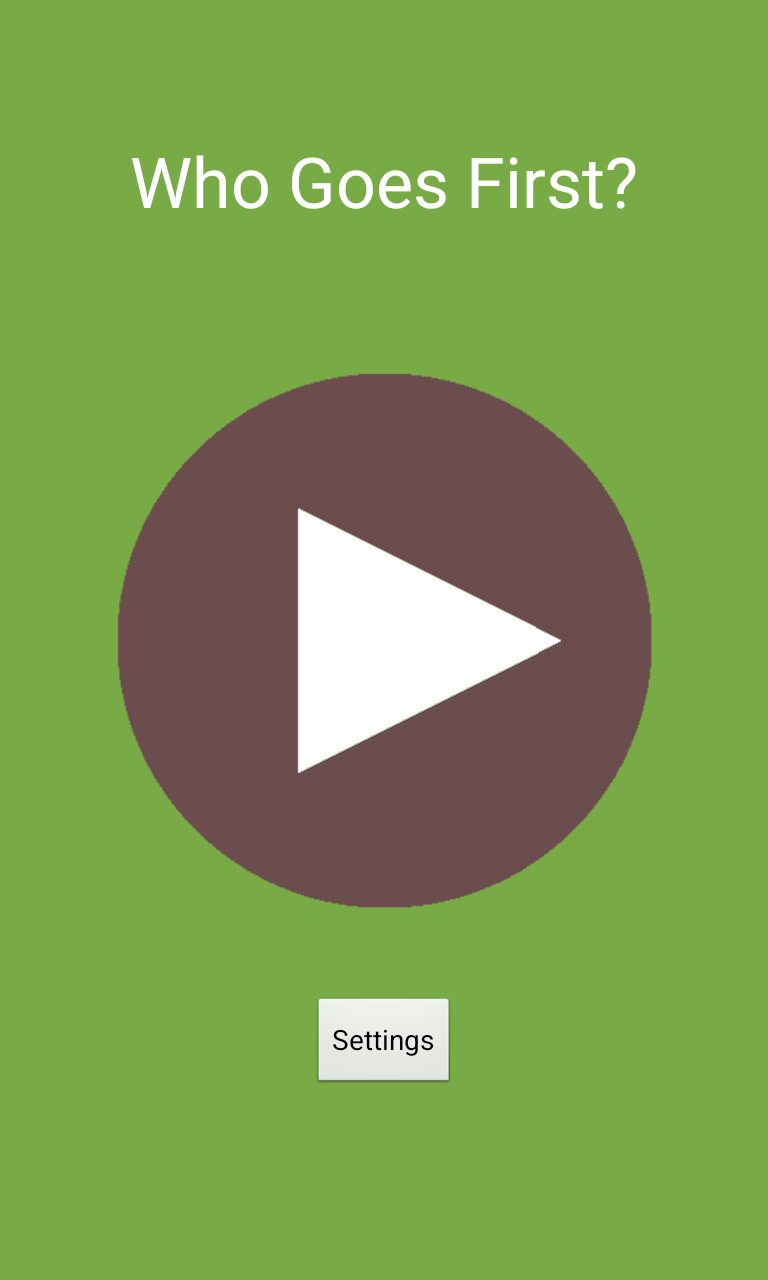
Repository: DarwinLYang/WhoGoesFirstApp
Layout: Who First/WhoFirst/res/layout/fragment_main.xml
These files come from the project's save history. The layout is drawn as it stood at one moment and after the next save; the edit follows.
It is drawn on a 768 x 1280 px phone screen (xhdpi) without system bars, with theme android:Theme.NoTitleBar.Fullscreen; the app's code is not run.

Above is the layout before, as saved 2014-04-11 21:23:51.

### Who First/WhoFirst/res/layout/fragment_main.xml
<RelativeLayout xmlns:android="http://schemas.android.com/apk/res/android"
    xmlns:tools="http://schemas.android.com/tools"
    android:id="@+id/TitleScreen"
    android:layout_width="match_parent"
    android:layout_height="match_parent"
    android:background="@color/green"
    android:gravity="center_horizontal" >

    <TextView
        android:id="@+id/MainTitle"
        android:layout_width="wrap_content"
        android:layout_height="wrap_content"
        android:layout_alignParentTop="true"
        android:layout_centerHorizontal="true"
        android:layout_marginTop="67dp"
        android:text="Who Goes First?"
        android:textAppearance="?android:attr/textAppearanceLarge"
        android:textSize="35sp" />

    <ImageButton
        android:id="@+id/questionButton"
        android:layout_width="300dip"
        android:layout_height="300dip"
        android:layout_centerHorizontal="true"
        android:layout_centerVertical="true"
        android:adjustViewBounds="true"
        android:background="@drawable/round_button"
        android:contentDescription="@string/description_main_button"
        android:gravity="center_vertical|center_horizontal"
        android:src="@drawable/start_button"
        android:onClick="questionScreen" />

    <Button
        android:id="@+id/settingsButton"
        android:layout_width="wrap_content"
        android:layout_height="wrap_content"
        android:layout_below="@+id/questionButton"
        android:layout_centerHorizontal="true"
        android:layout_marginTop="28dp"
        android:onClick="settingsScreen"
        android:text="@string/button_setting" />

</RelativeLayout>

### Who First/WhoFirst/res/values/strings.xml
<?xml version="1.0" encoding="utf-8"?>
<resources>

    <string name="app_name">Who Goes First</string>
    <string name="button_question">Who Goes First?</string>
    <string name="button_setting">Settings</string>
    <string name="button_next_question">Give me another</string>
    <string name="button_submit_question">Submit Question</string>
    <string name="action_settings">Settings</string>
    <string name="title_activity_main">MainActivity</string>
    <string name="title_activity_question">QuestionActivity</string>
    <string name="title_activity_settings">SettingsActivity</string>
    <string name="text_question_title">Question</string>
    <string name="text_settings_title">Settings</string>
    <string name="text_submit_question_title">Submit a Question</string>
    <string name="text_default_question">Default Question</string>
    <string name="text_submit_question_hint">question goes here</string>
    <string name="description_main_button">main button</string>

    <color name="green">#78AB46</color>
    <color name="blue">#43BFC7</color>
    <color name="red">#E77471</color>

</resources>

### Who First/WhoFirst/res/drawable-hdpi/round_button.xml
<?xml version="1.0" encoding="utf-8"?>
<shape xmlns:android="http://schemas.android.com/apk/res/android"
android:shape="rectangle">
    <corners android:bottomRightRadius="6dip"
        android:bottomLeftRadius="6dip"
        android:topRightRadius="6dip"
        android:topLeftRadius="6dip"/>
</shape>

After the next save:
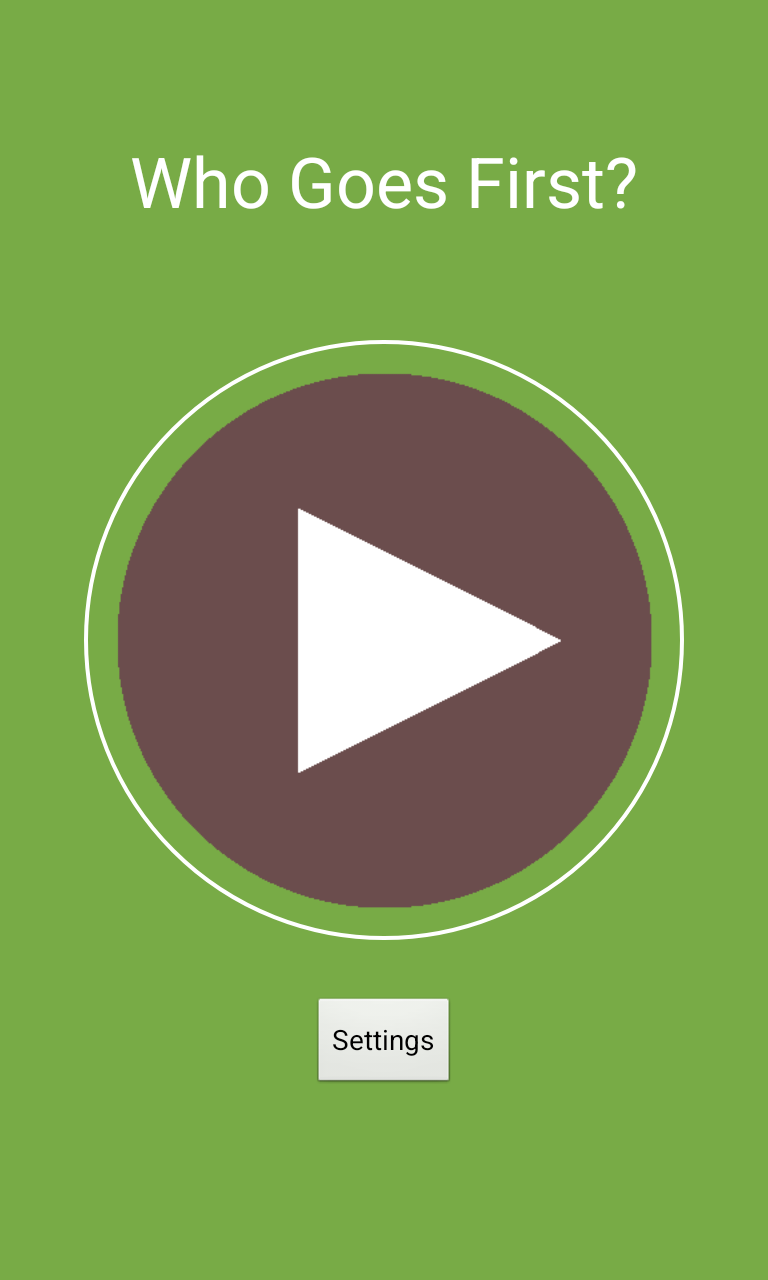
Saved 8 s later.
--- a/Who First/WhoFirst/res/drawable-hdpi/round_button.xml
+++ b/Who First/WhoFirst/res/drawable-hdpi/round_button.xml
@@ -1,8 +1,5 @@
 <?xml version="1.0" encoding="utf-8"?>
 <shape xmlns:android="http://schemas.android.com/apk/res/android"
-android:shape="rectangle">
-    <corners android:bottomRightRadius="6dip"
-        android:bottomLeftRadius="6dip"
-        android:topRightRadius="6dip"
-        android:topLeftRadius="6dip"/>
+    android:shape="oval">
+    <stroke android:width="2sp" android:color="#fff" />
 </shape>
